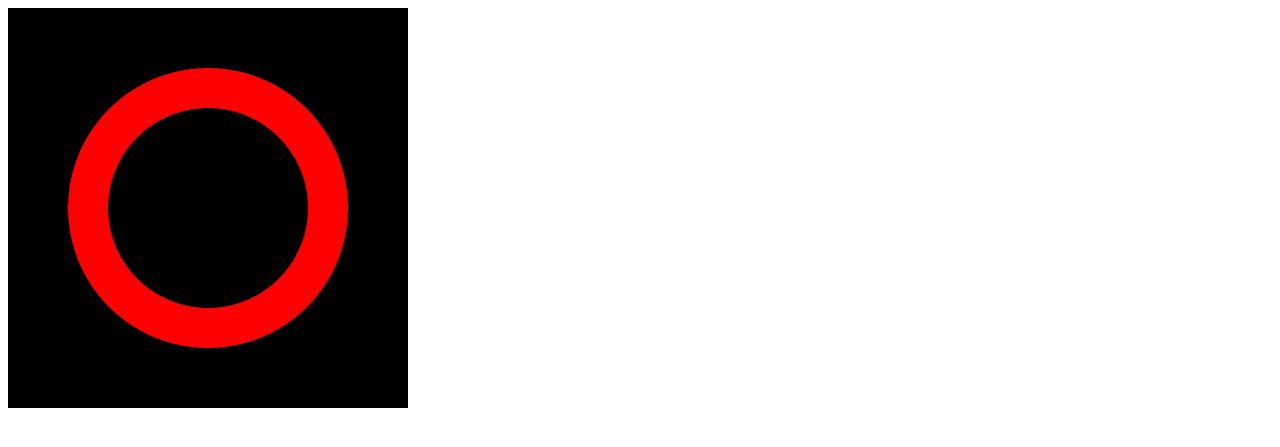
Repository: ChristeZeng/ComputerGraphics
Page: Lab2/Test.html
These files come from the project's save history. The page is drawn as it stood at one moment and after the next save; the edit follows.
The browser window is 1280 px wide. The pictures show the whole page.

Above is the page before, as saved 2021-10-02 17:17:57.

After the next save:
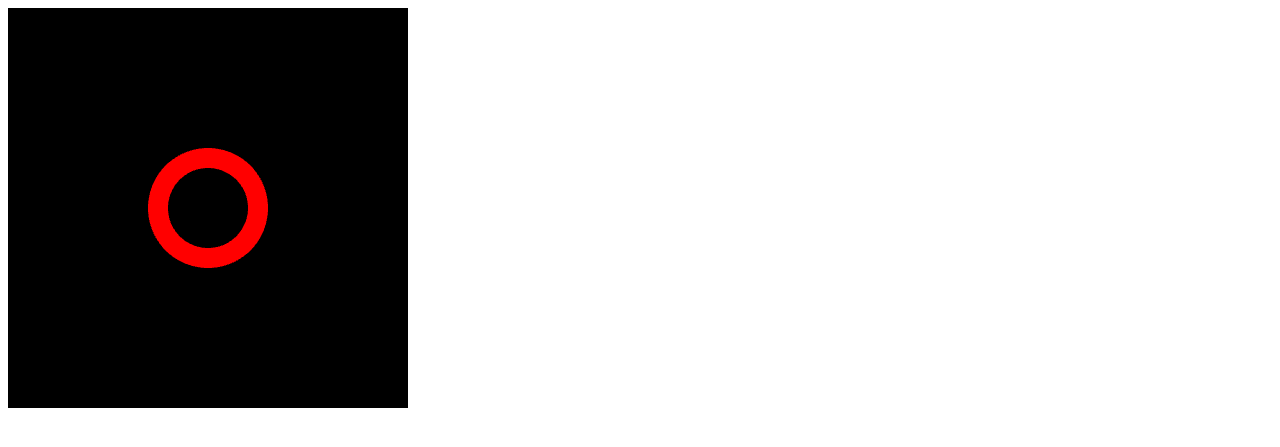
Saved 46 s later.
--- a/Lab2/Test.js
+++ b/Lab2/Test.js
@@ -78,8 +78,8 @@
 {
     var N = 100;
     var vertices = [0.0, 0.0];
-    var r_inner = 0.5;
-    var r_outter = 0.7;
+    var r_inner = 0.2;
+    var r_outter = 0.3;
 
     for (var i = 0; i <= N; i++)
     {
